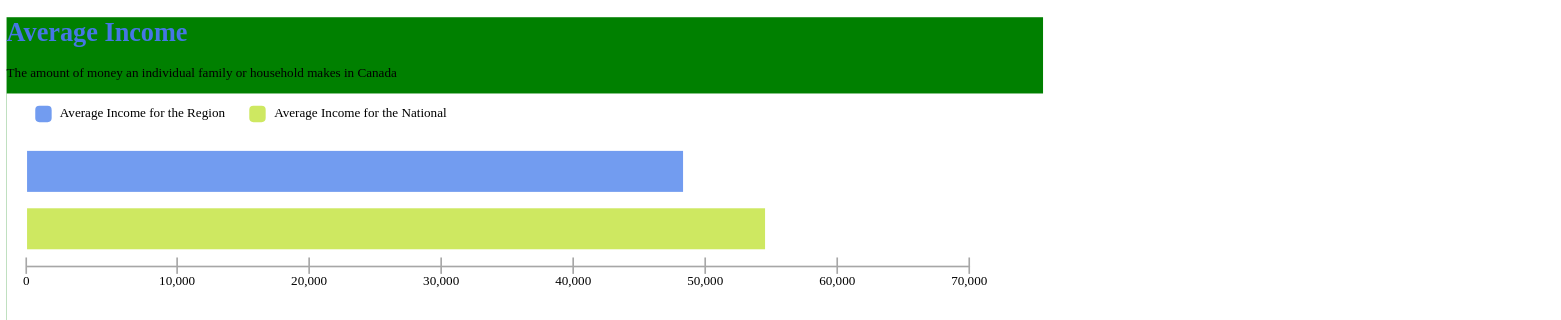
Repository: kerudai/mdiat3126nextapp
Page: /
The author's editor kept a copy of each file at every save. The page is drawn from the files as they stood at one save, then again after the next save.
The browser window is 1280 px wide. The page is 1904 px wide, then 1280 px, so the pictures cover 1904 px, including what lies to the right of the window. The pictures show the whole page, at 82% of full size.
The project was rebuilt for these pictures with package versions that can differ from the ones it lists, and the page was loaded fresh each time. The framework's server and built-in components were replaced by stand-ins that run in the browser. Also part of the build but not shown: pages/app.scss.

Above is the page before, as saved 2020-09-29 15:48:46.

### pages/_app.js
import './app.scss';

function MyApp({ Component, pageProps }) {
  return <Component {...pageProps} />
}

export default MyApp

### pages/index.js
import Head from 'next/head'
// import styles from '../styles/Home.module.css'
import Header from '../comps/Header';
import styles from './index.module.css';

export default function Home() {
  return (
    <div className={styles.app}>
      <h1 className={styles.title}>Average Income</h1>
      <p>The amount of money an individual family or household makes in Canada</p>
      <div className={styles.graph}>
        <div className={styles.dis_big_box}>
          <div className={styles.dis_region}>
            <div className={styles.region_small}></div>
            <div>Average Income for the Region</div>
          </div>
          <div className={styles.dis_national}>
            <div className={styles.national_small}></div>
            <div>Average Income for the National</div>
          </div>
        </div>
        <div className={styles.regional_bar}></div>
        <div className={styles.national_bar}></div>
        <div className={styles.index_line}>
          <div className={styles.box_0}>
            <div className={styles.line_0}></div>
            <div className={styles.num_0}>0</div>
          </div>
          <div className={styles.box_10}>
            <div className={styles.line_10}></div>
            <div className={styles.num_10}>10,000</div>
          </div>
          <div className={styles.box_20}>
            <div className={styles.line_20}></div>
            <div className={styles.num_20}>20,000</div>
          </div>
          <div className={styles.box_30}>
            <div className={styles.line_30}></div>
            <div className={styles.num_30}>30,000</div>
          </div>
          <div className={styles.box_40}>
            <div className={styles.line_40}></div>
            <div className={styles.num_40}>40,000</div>
          </div>
          <div className={styles.box_50}>
            <div className={styles.line_50}></div>
            <div className={styles.num_50}>50,000</div>
          </div>
          <div className={styles.box_60}>
            <div className={styles.line_60}></div>
            <div className={styles.num_60}>60,000</div>
          </div>
          <div className={styles.box_70}>
            <div className={styles.line_70}></div>
            <div className={styles.num_70}>70,000</div>
          </div>
        </div>
      </div>
    </div>
  )
}

### pages/index.module.css

.app {
    background-color: green;
}

.graph {
    background-color: white;
    height: 300px;
    width: 150%;
}

.title {
    color: #4676e5;

}

.dis_big_box {
    display: flex;
    flex-direction: row;
    padding: 15px;
}

.dis_region {
    display: flex;
    flex-direction: row;
    margin: 0 10px;
}

.region_small {
    width: 20px;
    height: 20px;
    background-color: #729CF0;
    border-radius: 5px;
    margin: 0 10px;
}

.dis_national {
    display: flex;
    flex-direction: row;
    margin: 0 10px;
}

.national_small {
    width: 20px;
    height: 20px;
    background-color: #CEE861;
    border-radius: 5px;
    margin: 0 10px;
}

.regional_bar {
    width: 800px;
    height: 50px;
    background-color: #729CF0;
    margin:20px 25px
}

.national_bar {
    width: 900px;
    height: 50px;
    background-color: #CEE861;
    margin:20px 25px;
}

.index_line {
    width: 1150px;
    height: 2.5px;
    background-color: rgb(167, 167, 167);
    margin:20px 25px;
    position: relative;
}

.box_0 {
    display: inline-flex;
    flex-direction: column;
    justify-content: center;
    align-items: center;
    position: absolute;
    top: -10px;
    left: -5px;
}

.line_0 {
    width: 2.5px;
    height: 20px;
    background-color: rgb(167, 167, 167);
}

.box_10 {
    display: inline-flex;
    flex-direction: column;
    justify-content: center;
    align-items: center;
    position: absolute;
    top: -10px;
    left: 161px;
    margin-right: 166px;
}

.line_10 {
    width: 2.5px;
    height: 20px;
    background-color: rgb(167, 167, 167);
}
.box_20 {
    display: inline-flex;
    flex-direction: column;
    justify-content: center;
    align-items: center;
    position: absolute;
    top: -10px;
    left: 322px;
    margin-right: 166px;
}

.line_20 {
    width: 2.5px;
    height: 20px;
    background-color: rgb(167, 167, 167);
}
.box_30 {
    display: inline-flex;
    flex-direction: column;
    justify-content: center;
    align-items: center;
    position: absolute;
    top: -10px;
    left: 483px;
    margin-right: 166px;
}

.line_30 {
    width: 2.5px;
    height: 20px;
    background-color: rgb(167, 167, 167);
}
.box_40 {
    display: inline-flex;
    flex-direction: column;
    justify-content: center;
    align-items: center;
    position: absolute;
    top: -10px;
    left: 644px;
    margin-right: 166px;
}

.line_40 {
    width: 2.5px;
    height: 20px;
    background-color: rgb(167, 167, 167);
}
.box_50 {
    display: inline-flex;
    flex-direction: column;
    justify-content: center;
    align-items: center;
    position: absolute;
    top: -10px;
    left: 805px;
    margin-right: 166px;
}

.line_50 {
    width: 2.5px;
    height: 20px;
    background-color: rgb(167, 167, 167);
}
.box_60 {
    display: inline-flex;
    flex-direction: column;
    justify-content: center;
    align-items: center;
    position: absolute;
    top: -10px;
    left: 966px;
    margin-right: 166px;
}

.line_60 {
    width: 2.5px;
    height: 20px;
    background-color: rgb(167, 167, 167);
}
.box_70 {
    display: inline-flex;
    flex-direction: column;
    justify-content: center;
    align-items: center;
    position: absolute;
    top: -10px;
    left: 1127px;
    margin-right: 166px;
}

.line_70 {
    width: 2.5px;
    height: 20px;
    background-color: rgb(167, 167, 167);
}

### comps/Header/index.js
import React from 'react';
import styled, {css} from 'styled-components';

const HeadTitle = styled.h1`
    font-size: 18px;
    color: ${props=>props.color ? props.color : "#FFF"};
    padding: 5px;
    ${props=>props.highlight === true && css`
    background-color: #F5A;
    margin: 10px;
    `}
`;

const SubHeadTitle = styled(HeadTitle)`
    font-size: 14px;
    padding: 3px;
`;

const HeadBox = styled.div`
    background-color: #333;
    display: flex;
    align-items: center;
    justify-content: center;
`;

const Header = ({color, highlight}) => {
    return <HeadBox>
        <SubHeadTitle color={color}>Name: </SubHeadTitle>
        <HeadTitle highlight={highlight}>Ke-Ju</HeadTitle>
    </HeadBox>;
}

Header.defaultProps = {
    color: null,
    highlight: null
};

export default Header;

After the next save:
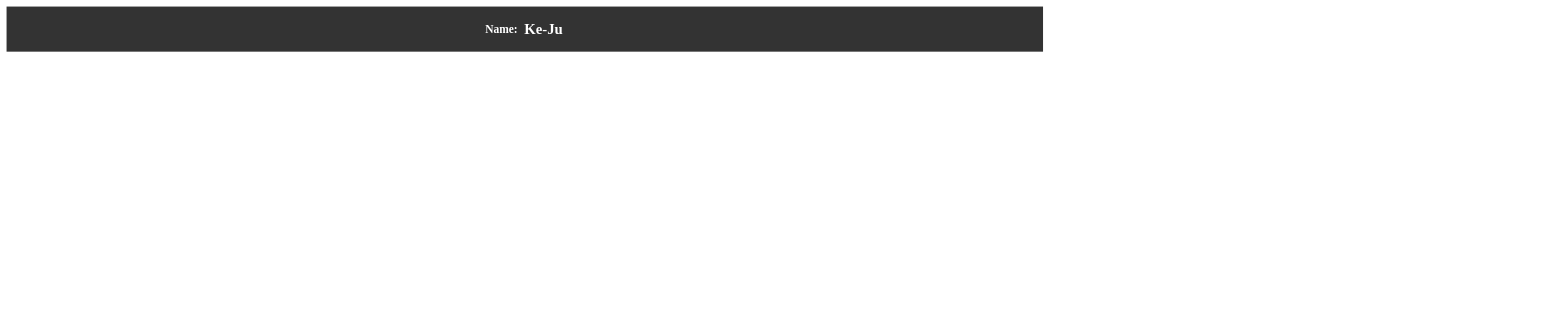
Saved 3 min 40 s later.
--- a/pages/index.js
+++ b/pages/index.js
@@ -1,61 +1,9 @@
-import Head from 'next/head'
-// import styles from '../styles/Home.module.css'
 import Header from '../comps/Header';
-import styles from './index.module.css';
 
 export default function Home() {
   return (
-    <div className={styles.app}>
-      <h1 className={styles.title}>Average Income</h1>
-      <p>The amount of money an individual family or household makes in Canada</p>
-      <div className={styles.graph}>
-        <div className={styles.dis_big_box}>
-          <div className={styles.dis_region}>
-            <div className={styles.region_small}></div>
-            <div>Average Income for the Region</div>
-          </div>
-          <div className={styles.dis_national}>
-            <div className={styles.national_small}></div>
-            <div>Average Income for the National</div>
-          </div>
-        </div>
-        <div className={styles.regional_bar}></div>
-        <div className={styles.national_bar}></div>
-        <div className={styles.index_line}>
-          <div className={styles.box_0}>
-            <div className={styles.line_0}></div>
-            <div className={styles.num_0}>0</div>
-          </div>
-          <div className={styles.box_10}>
-            <div className={styles.line_10}></div>
-            <div className={styles.num_10}>10,000</div>
-          </div>
-          <div className={styles.box_20}>
-            <div className={styles.line_20}></div>
-            <div className={styles.num_20}>20,000</div>
-          </div>
-          <div className={styles.box_30}>
-            <div className={styles.line_30}></div>
-            <div className={styles.num_30}>30,000</div>
-          </div>
-          <div className={styles.box_40}>
-            <div className={styles.line_40}></div>
-            <div className={styles.num_40}>40,000</div>
-          </div>
-          <div className={styles.box_50}>
-            <div className={styles.line_50}></div>
-            <div className={styles.num_50}>50,000</div>
-          </div>
-          <div className={styles.box_60}>
-            <div className={styles.line_60}></div>
-            <div className={styles.num_60}>60,000</div>
-          </div>
-          <div className={styles.box_70}>
-            <div className={styles.line_70}></div>
-            <div className={styles.num_70}>70,000</div>
-          </div>
-        </div>
-      </div>
+    <div>
+      <Header />
     </div>
   )
 }
